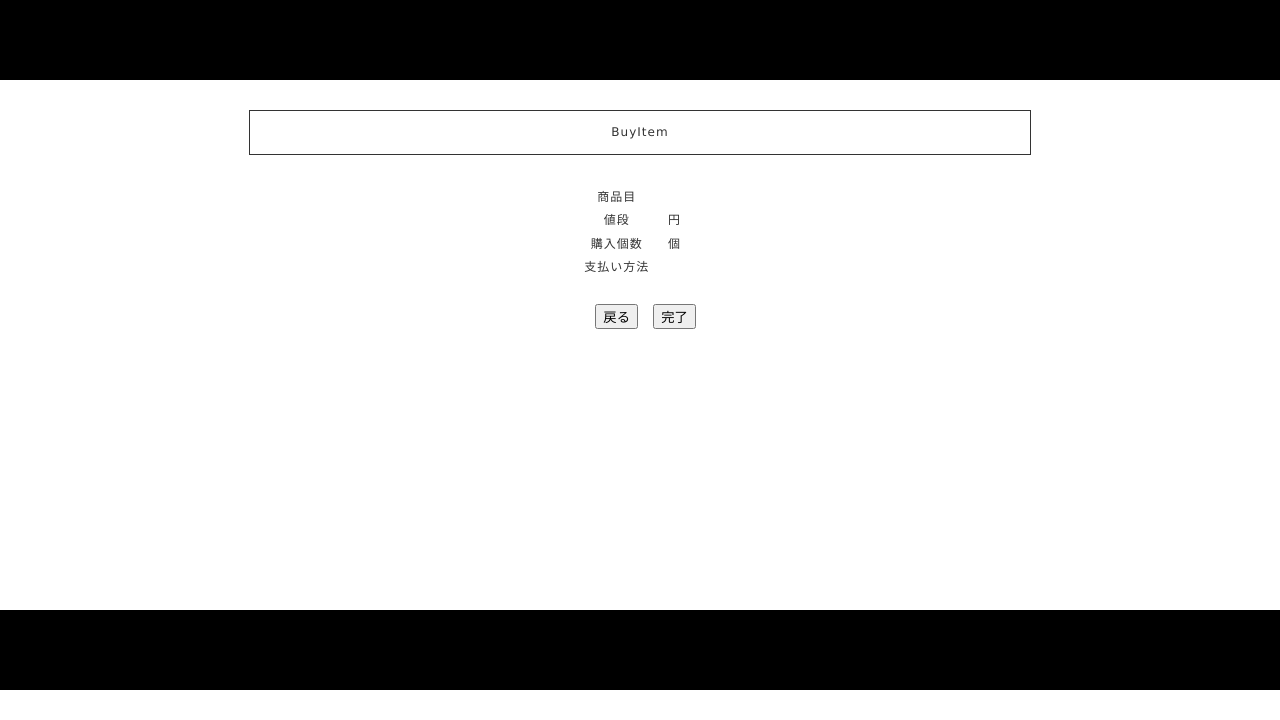
Repository: Rush-light/backup
Page: http://localhost/ecsite/buyItemConfirm.jsp
The author's editor kept a copy of each file at every save. The page is drawn from the files as they stood at one save, then again after the next save.
The browser window is 1280 px wide. The pictures show the whole page.
The page is served by Tomcat 9. Other server files are loaded and not shown.

Above is the page before, as saved 2018-03-14 12:12:09.

### ecsite/WebContent/buyItemConfirm.jsp
<%@ page language="java" contentType="text/html; charset=UTF-8"
    pageEncoding="UTF-8"%>
<%@ taglib prefix="s" uri="/struts-tags" %>
<!DOCTYPE html>
<html>
<head>
<meta http-equiv="Content-Type" content="text/html; charset=utf-8"/>
<meta http-equiv="Content-Style-Type" content="text/css"/>
<meta http-equiv="Content-Script-Type" content="text/javascript"/>
<meta http-equiv="imagetoolbar" content="no"/>
<meta name="description" content=""/>
<meta name="keywords" content=""/>
<script src="http://ajax.googleap]is.com/ajax/libs/jquery/1.9.1/jquery.min.js"></script>
<title>BuyItemConfirm画面</title>

<style type="text/css">
	body {
		margin:0;
		padding:0;
		line-height:1.6;
		letter-spacing:1px;
		font-family:Verdana,Helvetica,sans-serif;
		font-size:12px;
		color:#333;
		background:#fff;
	}

	table {
		text-align:center;
		margin:0 auto;
	}

	#top {
		width:780px;
		margin:30px auto;
		border:1px solid #333;
	}

	#header {
		width: 100%;
		height: 80px;
		background-color: black;
	}

	#main {
		width: 100%;
		height: 500px;
		text-align: center;
	}

	#footer {
		width: 100%;
		height: 80px;
		background-color: black;
		clear:both;
	}
</style>
<script type="text/javascript">
		function submitAction(url) {
			$('form').attr('action,url');
			$('form').submit();
		}
</script>
</head>
<body>
	<div id="header">
		<div id="pr">
		</div>
	</div>
	<div id="main">
		<div id="top">
			<p>BuyItem</p>
		</div>
		<div>
			<s:form>
				<tr>
					<td>商品目</td>
					<td><s:property value="session.buyItem_name"/></td>
				</tr>
				<tr>
					<td>値段</td>
					<td><s:property value="session.total_price"/><span>円</span></td>
				</tr>
				<tr>
					<td>購入個数</td>
					<td><s:property value="session.count"/><span>個</span></td>
				</tr>
				<tr>
					<td>支払い方法</td>
					<td><s:property value="session.pay"/></td>
				</tr>
				<tr>
					<td><br></td>
				</tr>
					<tr>
						<td><input type="button" value="戻る"
							onclick="submitAction('HomeAction')"/></td>
						<td><input type="button" value="完了"
							onclick="submitAction(BuyItemAction)"/></td>
					</tr>
			</s:form>
		</div>
	</div>
	<div id="footer">
		<div id="pr">
		</div>
	</div>


</body>
</html>

After the next save:
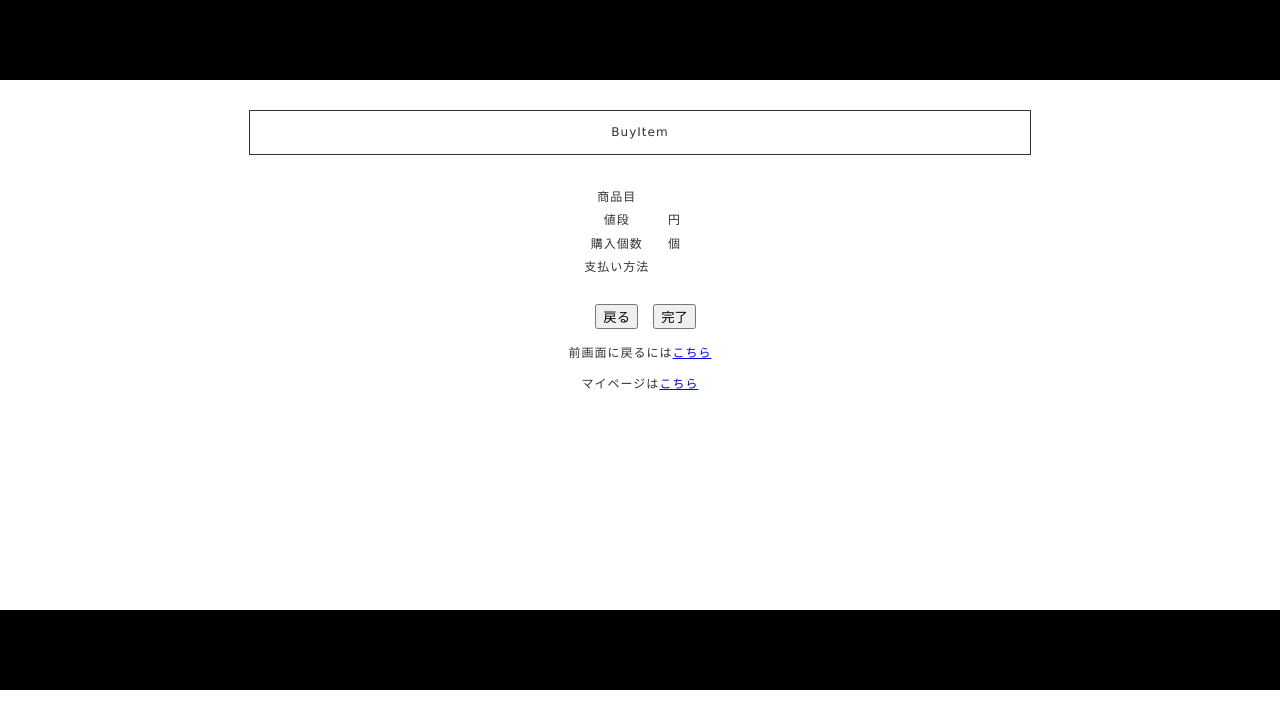
Saved 4 min 27 s later.
--- a/ecsite/WebContent/buyItemConfirm.jsp
+++ b/ecsite/WebContent/buyItemConfirm.jsp
@@ -99,6 +99,10 @@
 							onclick="submitAction(BuyItemAction)"/></td>
 					</tr>
 			</s:form>
+			<div>
+				<p>前画面に戻るには<a href='<s:url action="GoHomeAction"/>'>こちら</a></p>
+				<p>マイページは<a href='<s:url action="MyPageAction"/>'>こちら</a></p>
+			</div>
 		</div>
 	</div>
 	<div id="footer">
